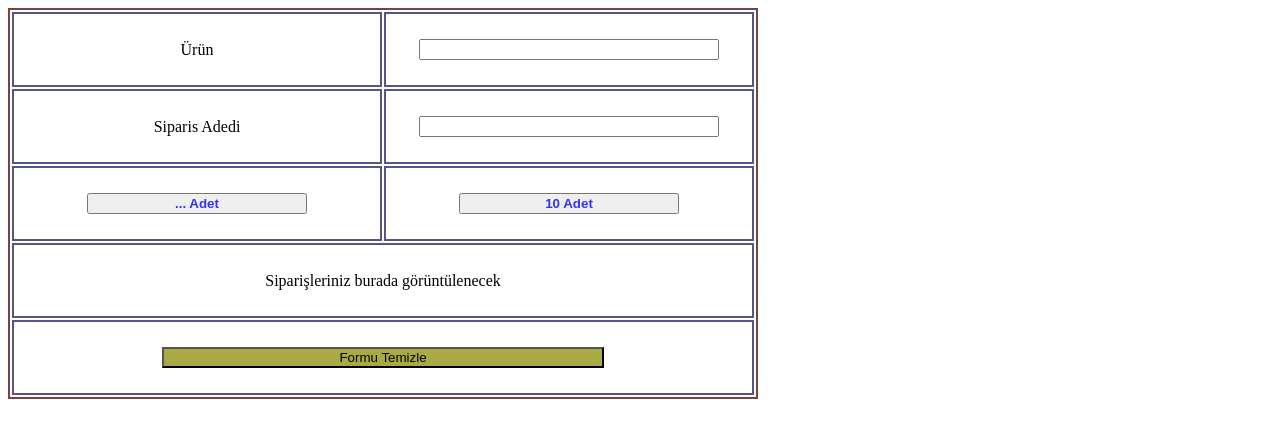
Repository: emrebolukbas/.js-Training-Tobeto
Page: 3-Siparis/public/Siparis.html
An editor plug-in stored every save of this project. The page is shown before and after the next save, followed by the edit.
The browser window is 1280 px wide. The pictures show the whole page.

Above is the page before, as saved 2023-10-08 12:41:18.

### 3-Siparis/public/Siparis.html
<!DOCTYPE html>
<html>
<head>
	<meta charset="UTF-8">
	<title> 3- Siparis 1.0 </title>
	<script type="text/javascript" src="Siparis.js"></script>
	<link rel="stylesheet" href="Siparis.css">
</head>
<body onload="sayfaYukle()">

	<table class="table-1">
		<tr class="tr-1">
			<td>
				Ürün
			</td>
			<td>
				<input id="input-1" type="text">
			</td>
		</tr>
		<tr class="tr-1">
			<td>
				Siparis Adedi
			</td>
			<td>
				<input id="input-2" type="text">
			</td>
		</tr>
		<tr class="tr-2">
			<td class="td-1">
				<button class="button-1" onclick="adetSiparis()"> ... Adet </button>
			</td>
			<td class="td-1">
				<button class="button-1" onclick="onSiparis()"> 10 Adet </button>
			</td>
		</tr>
		<tr class="tr-2">
			<td colspan="2">
				<p id="p-1"></p>
			</td>
		</tr>
		<tr class="tr-2">
			<td colspan="2">
				<button class="button-2" id="button-3" onclick="temizle()"> Formu Temizle </button>
			</td>
		</tr>

	</table>

</body>
</html>

### 3-Siparis/public/Siparis.js
/**
 *
 */

 var bilgiIletisi = "Siparişleriniz burada görüntülenecek"
 var girisIletisi = "Teşekkür ederiz..."

 function sayfaYukle () {

	 document.getElementById("p-1").innerHTML = bilgiIletisi;
 }

### 3-Siparis/public/Siparis.css
@charset "UTF-8";

table.table-1 {
	table-layout: fixed;
	width: 750px;
	border: solid 2px #744;
}

tr.tr-1 {
	height: 75px;
	text-align: center;
}
tr.tr-1 input {
	width: 80%;
}

/* Çizelgenin ikinci tür satırları için Css stilli */

tr.tr-2 {
	text-align: center;
	height: 75px;
}

td {
	border: solid 2px #558;
}

td.td-1 {
	text-align: center;
}

button.button-1 {
	width: 220px;
	color: #33e;
	font-weight: 900;
}

button.button-2 {
	background-color: #aa4;
	width: 60%;
}

After the next save:
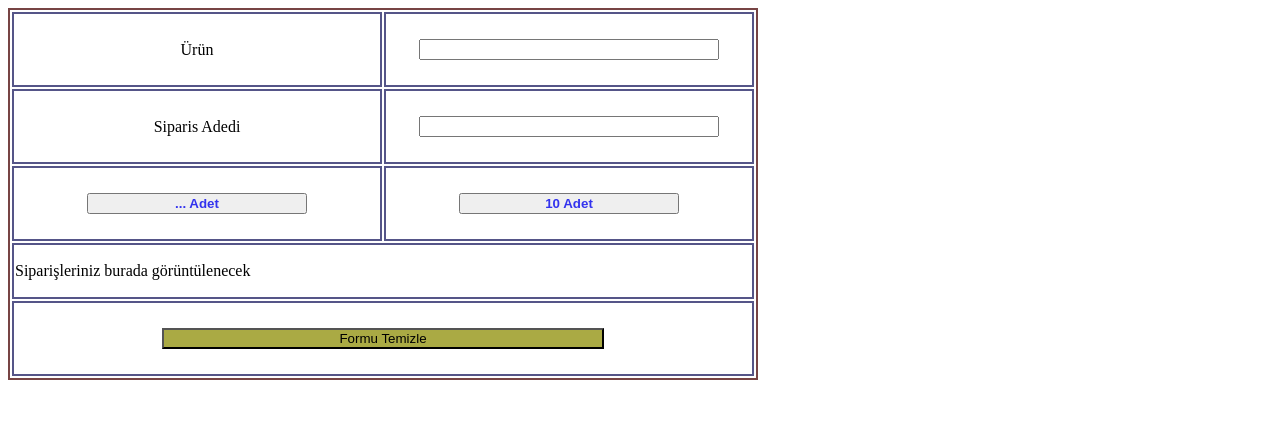
Saved 84 s later.
--- a/3-Siparis/public/Siparis.html
+++ b/3-Siparis/public/Siparis.html
@@ -33,7 +33,7 @@
 				<button class="button-1" onclick="onSiparis()"> 10 Adet </button>
 			</td>
 		</tr>
-		<tr class="tr-2">
+		<tr>
 			<td colspan="2">
 				<p id="p-1"></p>
 			</td>
